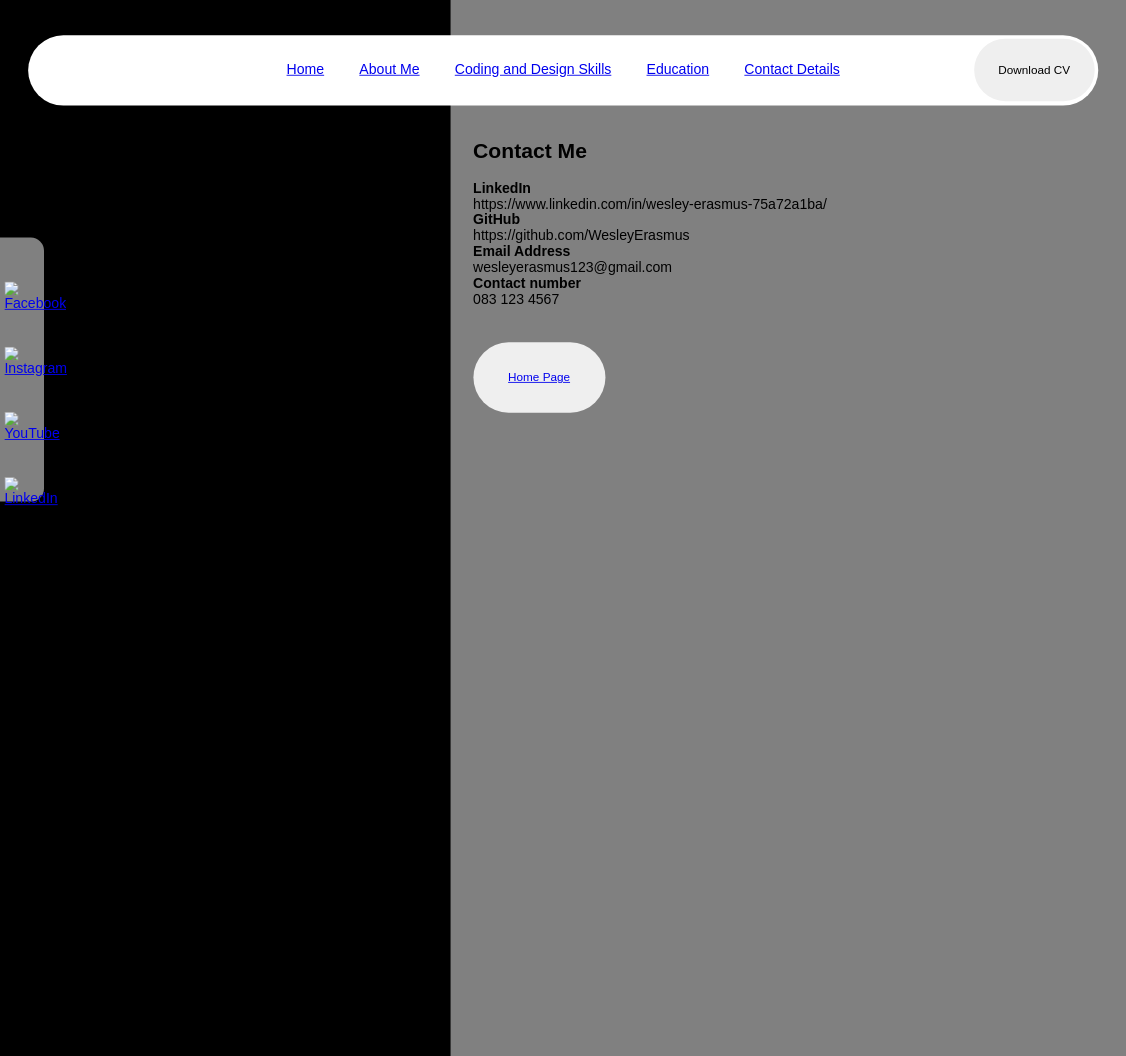
Repository: WesleyErasmus/MyDigitalResume-4
Page: contact.html
These files come from the project's save history. The page is drawn as it stood at one moment and after the next save; the edit follows.
The browser window is 1280 px wide. The pictures show the whole page, at 88% of full size.

Above is the page before, as saved 2022-02-20 00:05:28.

### contact.html
<!DOCTYPE html>
<html lang="en">
<head>
    <meta charset="UTF-8">
    <meta http-equiv="X-UA-Compatible" content="IE=edge">
    <meta name="viewport" content="width=device-width, initial-scale=1.0">
    <title>Wesley Erasmus Digital Resume 4 Project</title>
    <link rel="stylesheet" href="contact.css">
</head>
<body>
    <body>
        <!-- Landing page -->
        <header class="nav-menu-top">
            <ul class="top-nav-menu-buttons">
                <li><a href="/index.html" target="">Home</a></li>
                <li><a href="/about.html" target="">About Me</a></li>
                <li><a href="/codingSkills.html" target="">Coding and Design Skills</a></li>
                <li><a href="/education.html" target="">Education</a></li>
                <li><a href="/contact.html" target="">Contact Details</a></li>
            </ul>
            <button id="download-cv">Download CV</button>
            <!-- Name / download CV / etc -->
        </header>

        <aside class="self-portrait">
            <!-- creative image of myself -->
            <p>aside with large portrait image of myself</p>
        </aside>
        <nav class="social-media-links">
            <ul class="social-media-links">
                <li><a href="https://www.facebook.com/codespaceza"><img src="" alt="Facebook"></a></li>
                <li><a href="https://www.instagram.com/codespaceza/"><img src="" alt="Instagram"></a></li>
                <li><a href="https://www.youtube.com/channel/UCfmXJliguiwBv2QlRzWdrxA"><img src="" alt="YouTube"></a></li>
                <li><a href="https://www.linkedin.com/school/codespaceza/"><img src="" alt="LinkedIn"></a></li>
            </ul>
            <!-- side social media icons (float left / column direction) -->
        </nav>

            <!-- main bio; FED student / link to 2nd html page with CV content -->
         <article>
             <h1 ID="title">Contact Me</h1>
            <div class="contact-details">
                <dl>
                    <h4>LinkedIn</h4>
                    <p>https://www.linkedin.com/in/wesley-erasmus-75a72a1ba/</p>
                    <h4>GitHub</h4>
                    <p>https://github.com/WesleyErasmus</p>
                    <h4>Email Address</h4>
                    <p>wesleyerasmus123@gmail.com</p>
                    <h4>Contact number</h4>
                    <p>083 123 4567</p>
                </dl>
            </div>
            <button class="next-page">
                <a href="/index.html" target="">Home Page</a>
            </button>
        </article>


    </body>
</body>
</html>

### contact.css
* {
    font-family: Arial, Helvetica, sans-serif;
    margin: 0;
    padding: 0;
}
body {
    background-color: grey;
    overflow:hidden;
}
header.nav-menu-top {
    position: relative;
    /* Positions explained in below link: https://developer.mozilla.org/en-US/docs/Web/CSS/position */
    text-align: center;
    margin: 0 auto;
    /* Margin: 0 auto can be used to center an object horizontally  */
    width: 95%;
    height: 80px;
    border-radius: 50px;
    margin-top: 40px;
    background-color: #fff;
}
ul.top-nav-menu-buttons{
    display: flex;
    justify-content: center;
    padding: 30px;
}
.top-nav-menu-buttons li {
    margin: 0 20px 0 20px;
    list-style-type: none;
    text-align: center;
}
button#download-cv {
    position: relative;
    float: right;
    top: -74px;
    right: 4px;
    padding: 28px;
    border-radius: 50px;
    border: NONE;
}
aside.self-portrait {
    z-index: -1;
    /* z-index explained in below link:
     https://developer.mozilla.org/en-US/docs/Web/CSS/z-index */
    background-color: black;
    position: absolute;
    top: 0;
    left: 0;
    height: 1200px;
    width: 40%;
}
nav.social-media-links {
    position: relative;
    height: 300px;
    width: 50px;
    float: left;
    top: 150px;
    left: 0px;
    background-color: grey;
    border-radius: 0 15px 15px 0;
}
ul.social-media-links{
    padding: 50px 5px 5px 5px;
    text-align: center;
    display: flex;
    flex-direction: column;

}
.social-media-links li{
    margin-bottom: 40px;
}

article {
    width: 50%;
    left: 41%;
    position: absolute;
    height: 500px;
    top: 20vh;
    padding: 1%;
}
h1#title {
    margin-bottom: 20px;
}
button.next-page {
    margin-top: 40px;
    width: 150px ;
    height: 80px ;
    border-radius: 50px;
    border: none;
}

After the next save:
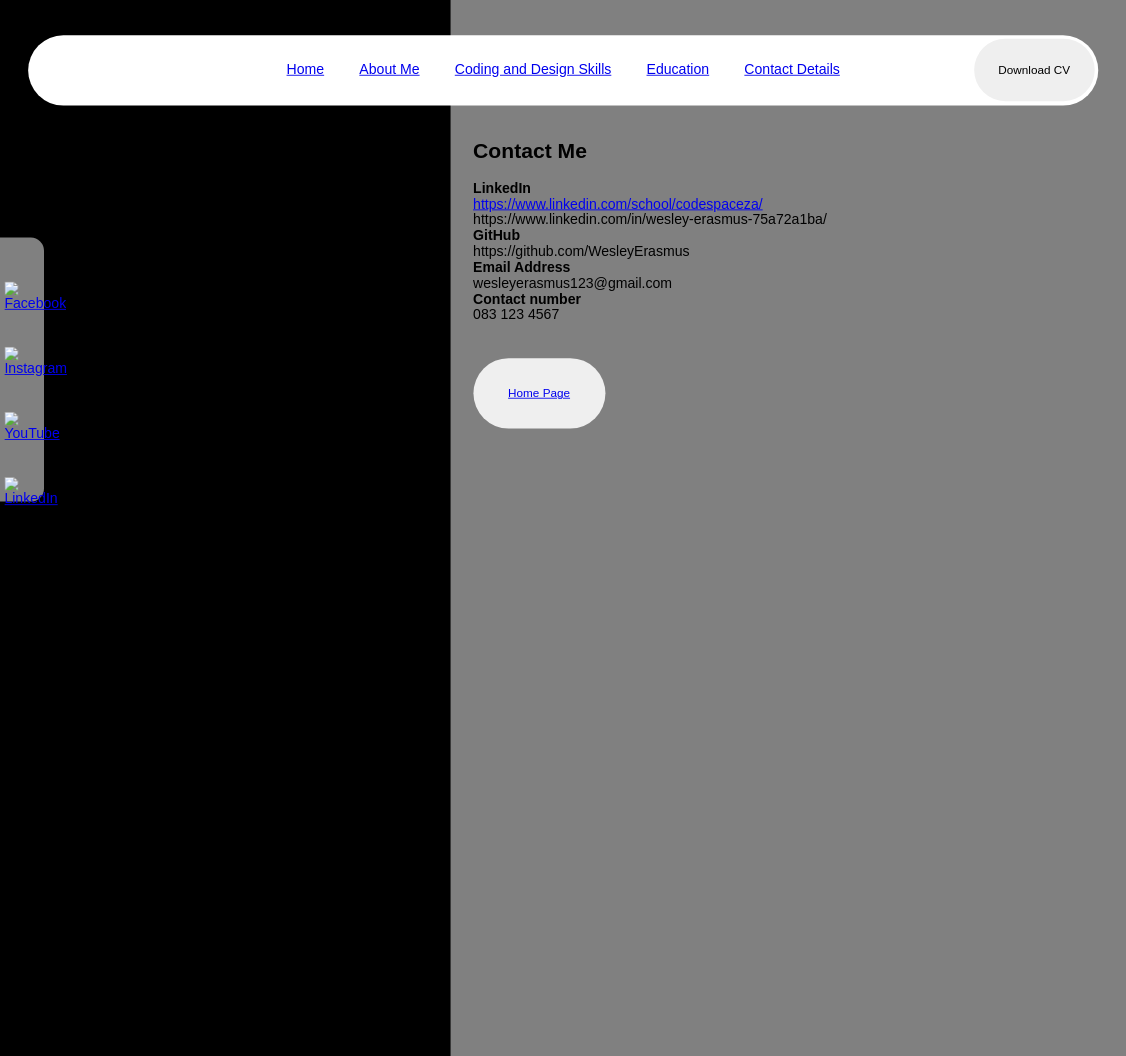
Saved 17 h 18 min later.
--- a/contact.html
+++ b/contact.html
@@ -42,6 +42,7 @@
             <div class="contact-details">
                 <dl>
                     <h4>LinkedIn</h4>
+                    <a href="https://www.linkedin.com/school/codespaceza/">https://www.linkedin.com/school/codespaceza/</a>
                     <p>https://www.linkedin.com/in/wesley-erasmus-75a72a1ba/</p>
                     <h4>GitHub</h4>
                     <p>https://github.com/WesleyErasmus</p>
